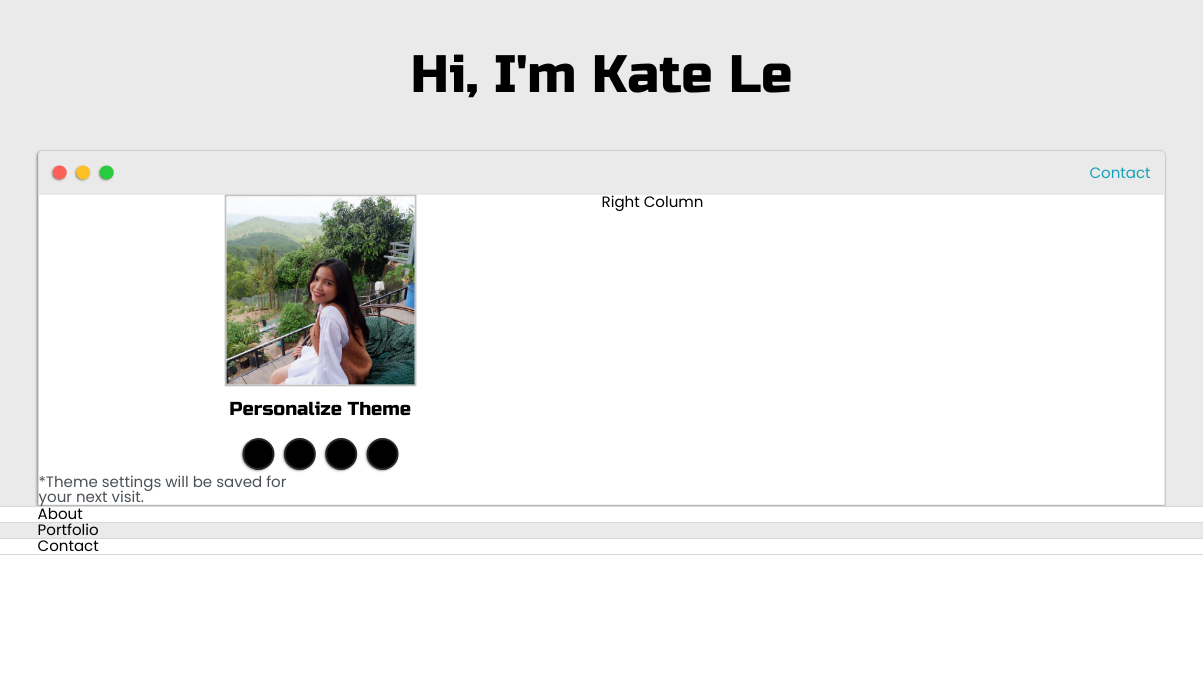
Repository: kate30980/my-persponal-website
Page: index.html
An editor plug-in stored every save of this project. The page is shown before and after the next save, followed by the edit.
The browser window is 1280 px wide. The pictures show the whole page, at 94% of full size.

Above is the page before, as saved 2021-08-26 21:16:59.

After the next save:
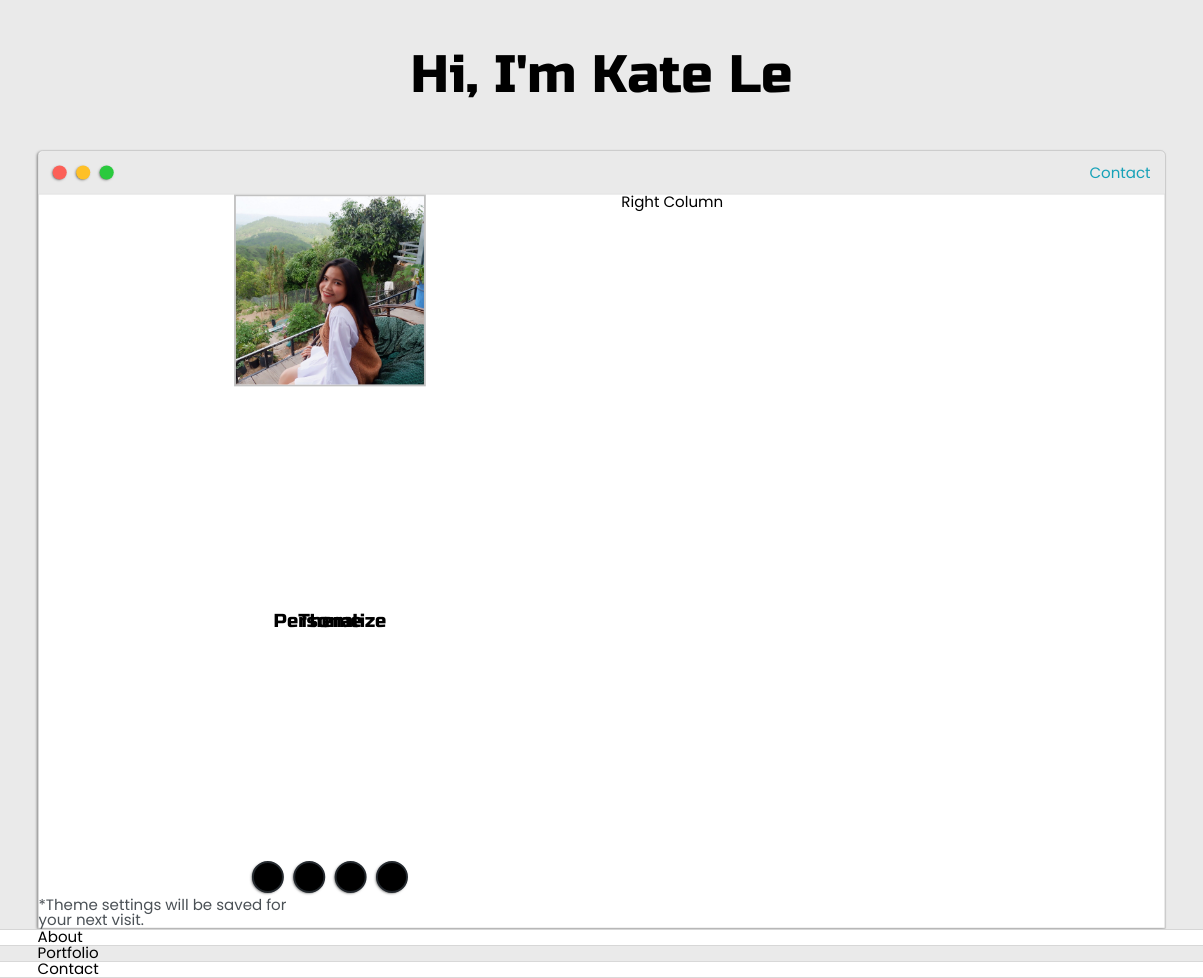
Saved 10 s later.
--- a/index.html
+++ b/index.html
@@ -39,7 +39,7 @@
                 </div>
                 <div class="left-column">
                     <img id="profile-pic" src="./images/IMG_2624.JPG" alt="img-kate">
-                    <h5 style="text-align:center;line-height:0; margin: 25px">Personalize Theme</h5>
+                    <h5 style="text-align:center;line-height:0; margin: 250px">Personalize Theme</h5>
 
                     <div id="theme-options-wrapper">
                         <div id="light-mode" class="theme-dot"></div>

After the save that followed:
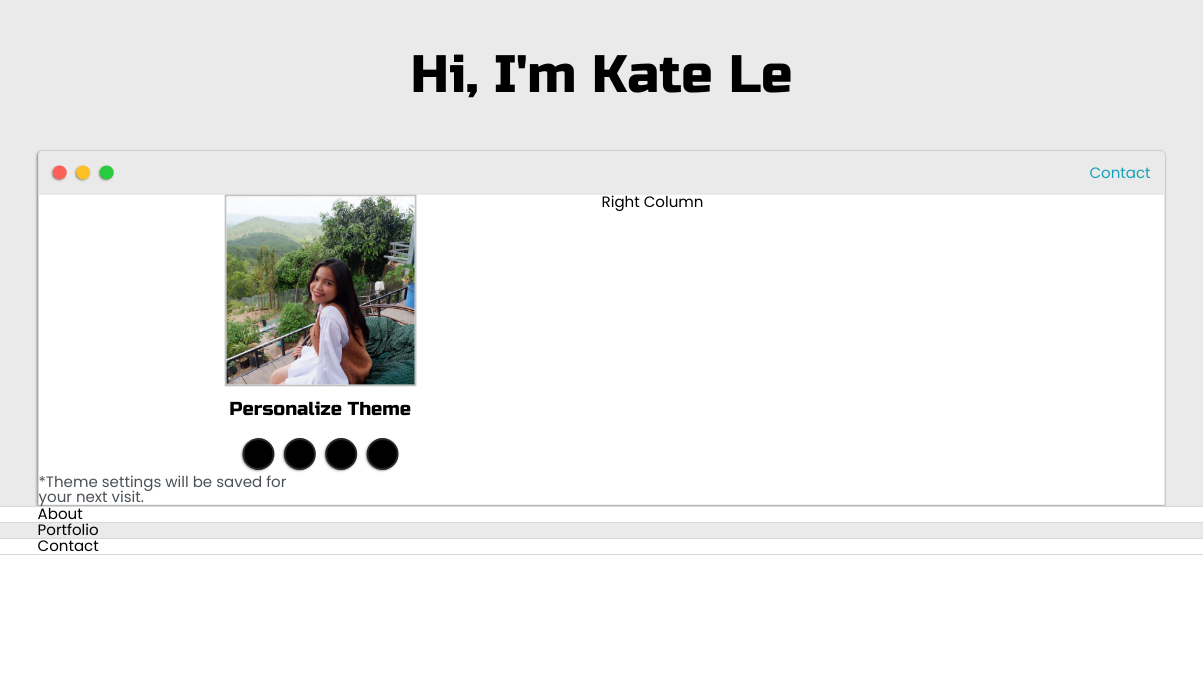
Saved 8 s later.
--- a/index.html
+++ b/index.html
@@ -39,7 +39,7 @@
                 </div>
                 <div class="left-column">
                     <img id="profile-pic" src="./images/IMG_2624.JPG" alt="img-kate">
-                    <h5 style="text-align:center;line-height:0; margin: 250px">Personalize Theme</h5>
+                    <h5 style="text-align:center;line-height:0; margin: 25px">Personalize Theme</h5>
 
                     <div id="theme-options-wrapper">
                         <div id="light-mode" class="theme-dot"></div>
